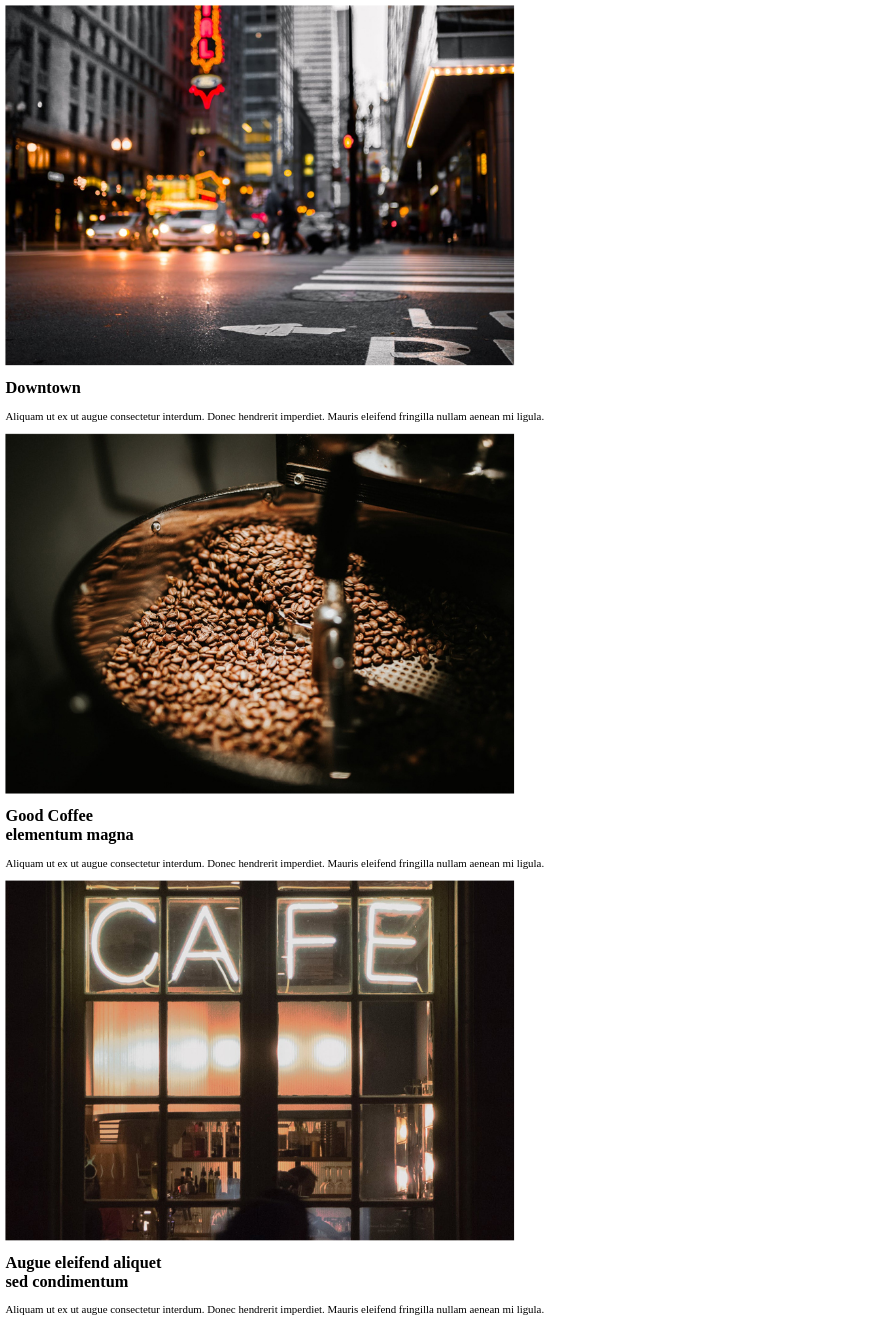
Repository: DOODpls/code_cafe
Page: _includes/gallery_description.html
These files come from the project's save history. The page is drawn as it stood at one moment and after the next save; the edit follows.
The browser window is 1280 px wide. The pictures show the whole page, at 68% of full size.

Above is the page before, as saved 2019-12-06 00:07:20.

After the next save:
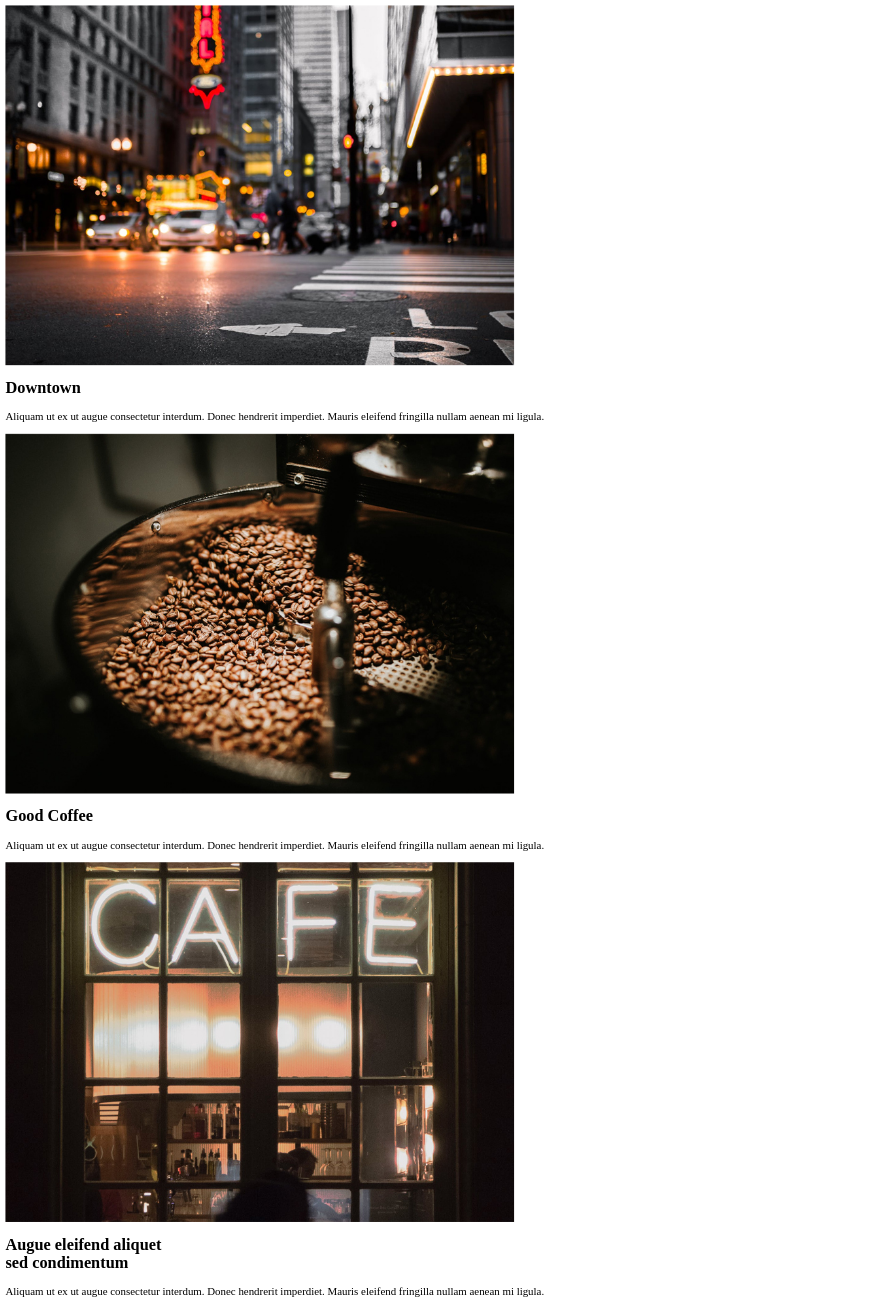
Saved 9 s later.
--- a/_includes/gallery_description.html
+++ b/_includes/gallery_description.html
@@ -8,8 +8,7 @@
   </section>
   <section class="spotlight">
     <div class="image"><img src="images/pic02.jpg" alt="" /></div><div class="content">
-      <h2>Good Coffee<br />
-      elementum magna</h2>
+      <h2>Good Coffee</h2>
       <p>Aliquam ut ex ut augue consectetur interdum. Donec hendrerit imperdiet. Mauris eleifend fringilla nullam aenean mi ligula.</p>
     </div>
   </section>
